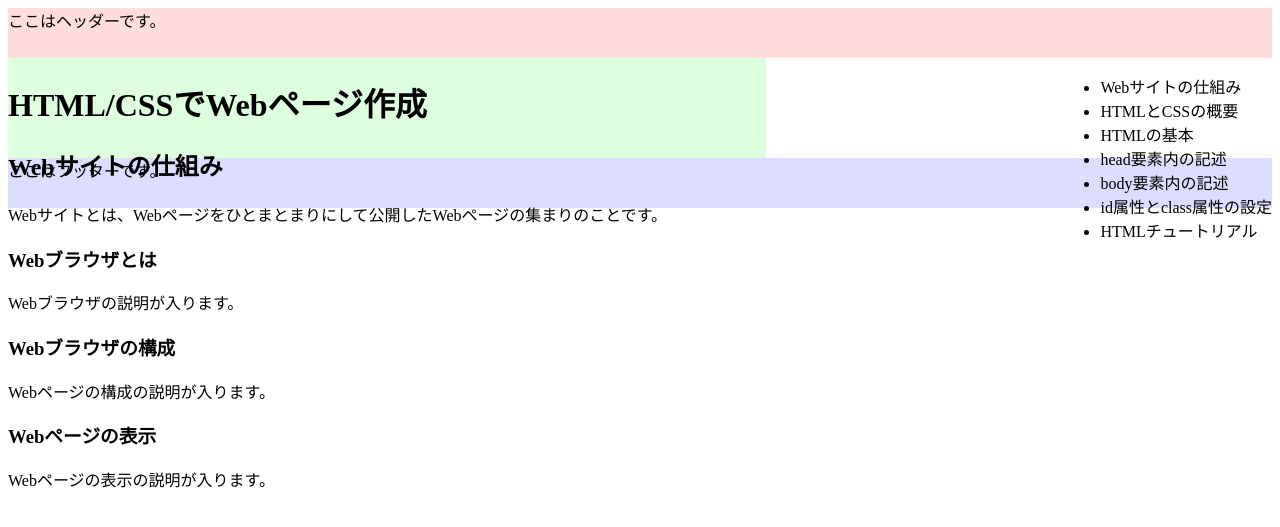
Repository: kazumasatomoto/kadai-tasklist-
Page: kadai-html.html
The author's editor kept a record of every edit. The page is drawn from the files as they stood at one moment, then again after the next edit.
The browser window is 1280 px wide. The pictures show the whole page.

Above is the page before.

After the next edit:
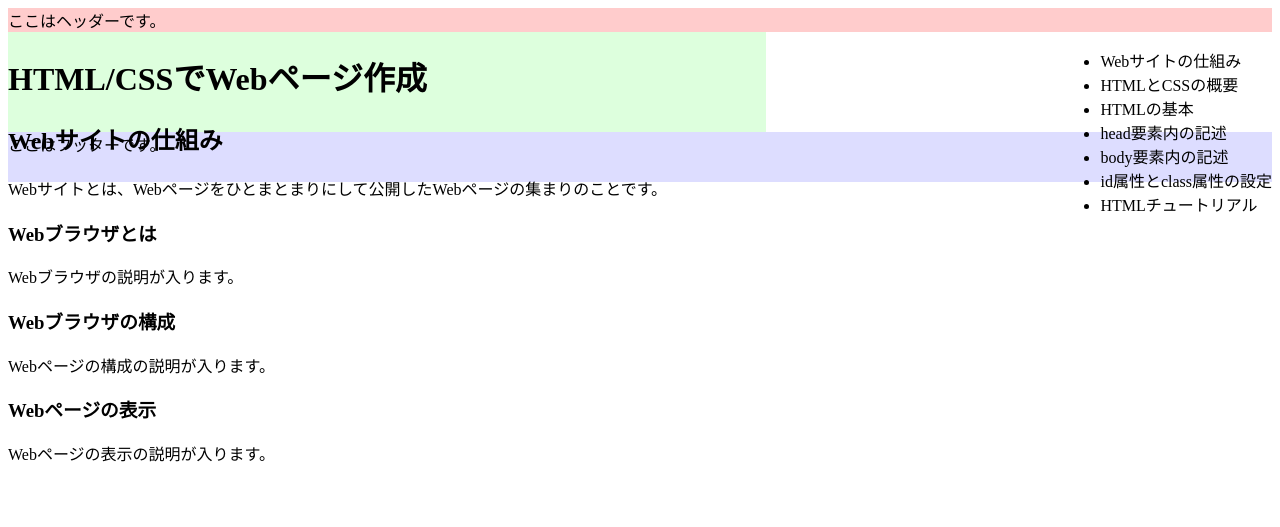
The edit:
--- a/kadai-css.css
+++ b/kadai-css.css
@@ -1,7 +1,6 @@
 @charset "UTF-8";
 header {
-    height: 50px;
-    background-color: #ffdddd;
+    background-color: #ffcccc;
 }
 #wrapper {
     height: 100px;
